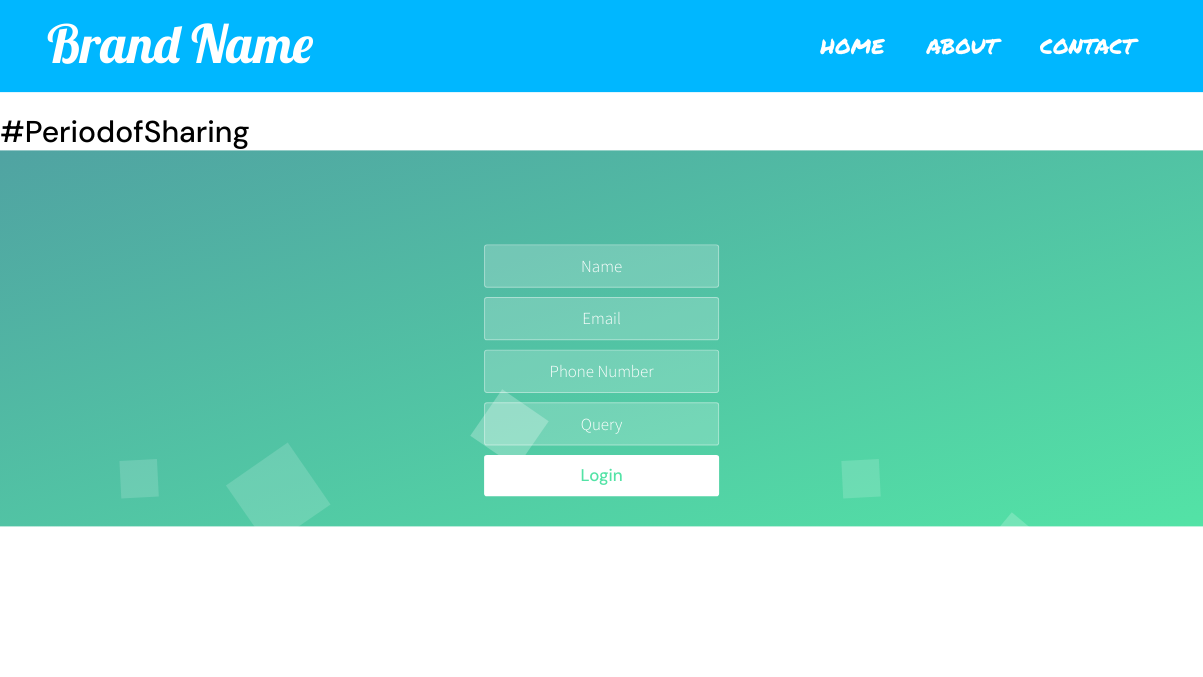
Repository: Jrap-bit/PeriodofSharing
Page: index.html
An editor plug-in stored every save of this project. The page is shown before and after the next save, followed by the edit.
The browser window is 1280 px wide. The pictures show the whole page, at 94% of full size.

Above is the page before, as saved 2022-01-13 23:58:13.

After the next save:
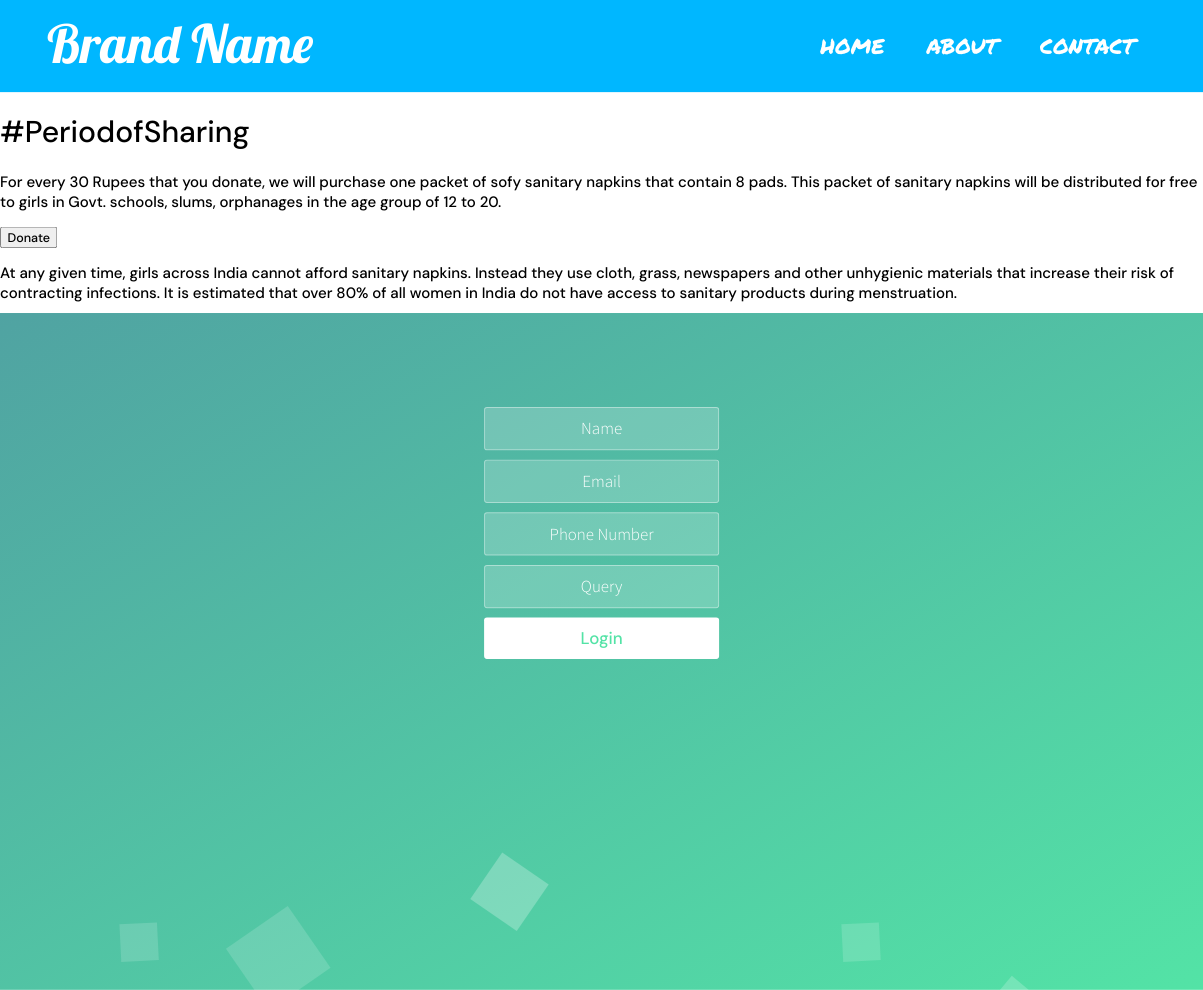
Saved 17 min 56 s later.
--- a/style.css
+++ b/style.css
@@ -46,10 +46,9 @@ body :-ms-input-placeholder {
     background: -o-linear-gradient(top left,#50a3a2 0%,#53e3a6 100%);
     background: linear-gradient(to bottom right,#50a3a2 0%,#53e3a6 100%);
     position: absolute;
-    top: 50%;
     left: 0;
     width: 100%;
-    height: 400px;
+    height: 100vh;
     margin-top: -200px;
     overflow: hidden;
 }
